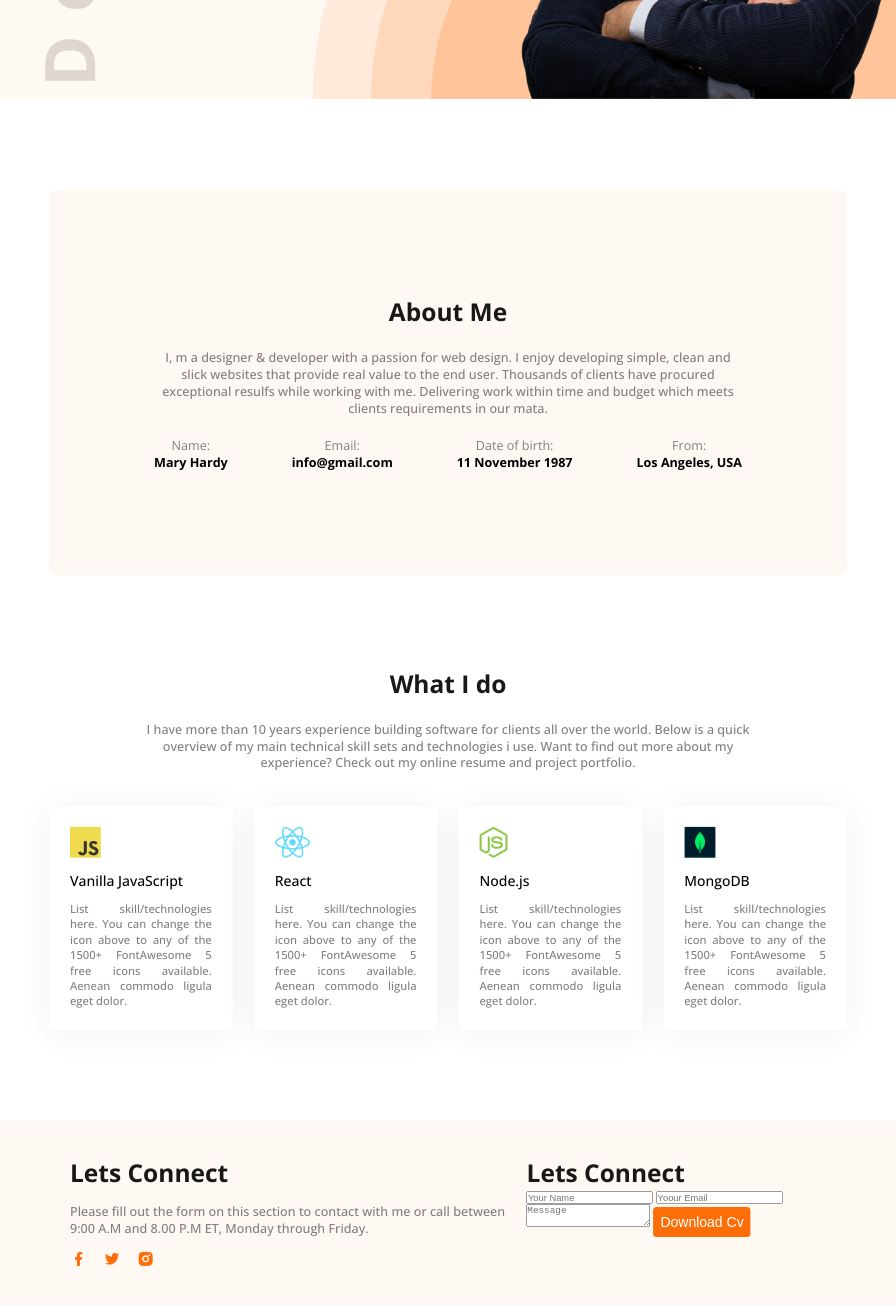
Repository: nahid-hasann/website-1
Page: index.html
An editor plug-in stored every save of this project. The page is shown before and after a run of saves, followed by the edit.
The browser window is 1280 px wide. The pictures show the part of the page from y = 675 to 2595 px (the page is 2541 px tall before and 2595 px after), at 70% of full size.

Above is the page before, as saved 2025-07-08 14:05:22.

### index.html
<!DOCTYPE html>
<html lang="en">
<head>
    <meta charset="UTF-8">
    <meta name="viewport" content="width=device-width, initial-scale=1.0">
    <title>Document</title>
    <link rel="preconnect" href="https://fonts.googleapis.com">
<link rel="preconnect" href="https://fonts.gstatic.com" crossorigin>
<link href="https://fonts.googleapis.com/css2?family=Open+Sans:ital,wght@0,300..800;1,300..800&display=swap" rel="stylesheet">
<link rel="stylesheet" href="style.css">
<link rel="stylesheet" href="https://cdnjs.cloudflare.com/ajax/libs/font-awesome/6.7.2/css/all.min.css" integrity="sha512-Evv84Mr4kqVGRNSgIGL/F/aIDqQb7xQ2vcrdIwxfjThSH8CSR7PBEakCr51Ck+w+/U6swU2Im1vVX0SVk9ABhg==" crossorigin="anonymous" referrerpolicy="no-referrer" />
</head>
<body class="open-sans-nahid">

<header class="main-header">
    <nav class="header">
          <div>
            <h3 class="nav-title">Ma<span style="color: #fd6e09;">r</span>y</h3>
          </div>
          <div class="menu">
            <ul>
            <li><a href="" class="dark-2" >Portfolio</a></li>
            <li><a  class="dark-2" href="">Blog</a></li>
            <li><button class="hire-me">Hire Me</button></li>
          </ul>
          </div>
    </nav>

    <div class="banner">

      <div class="banner-container">
        <h4 style="font-size: 45px; font-weight: 400;" class="dark-2">Hi, I  am</h4>
        <h1 style="font-size: 85px;">Mary Hardy</h1>
        <br>
        <p class="banner-description dark-2">
          Shot what able cold new see hold.Friendly as an betrayed formerly he. Morning because as to society behaved moments.
        </p>
        <br>
        <br>
        <button class="hire-me" style="margin-right: 20px;"><i class="fa-solid fa-download" style="margin-right: 5px;"></i>Download Cv</button>
        <button class="btn-2"><i class="fa-solid fa-phone" style="margin-right: 5px;"></i>Contact</button>
      </div>
      <img class="banner-img" src="images/hardy.png" alt="">

    </div>

</header>

<main >

  <section class="section">
      <h3 class="section-title">About Me</h3>
      <p style="font-size: 18px; color: grey; margin-top: 30px;">I, m a designer & developer with a passion for web design. I enjoy developing simple, clean and slick websites that provide real value to the end user. Thousands of clients have procured exceptional resulfs while working with me. Delivering work within time and budget which meets clients requirements in our mata.</p>

      <div class="about-items">

    <div class="about-item">
      <p class="item-title">Name:</p>
      <p class="item-description">Mary Hardy</p>
    </div>
    <div class="about-item">
      <p class="item-title">Email:</p>
      <p class="item-description">info@gmail.com</p>
    </div>
    <div class="about-item">
      <p class="item-title">Date of birth:</p>
      <p class="item-description">11 November 1987</p>
    </div>
    <div class="about-item">
      <p class="item-title">From:</p>
      <p class="item-description">Los Angeles, USA</p>
    </div>

  </div>

  </section>

  <section class="skiill">
            <h3 class="section-title">What I do</h3>
            <p style="font-size: 18px; color: grey; margin-top: 30px; width: 909px; margin: 0px auto; margin-top: 30px;">I have more than 10 years experience building software for clients all over the world. Below is a quick overview of my main technical skill sets and technologies i use. Want to find out more about my experience? Check out my online resume and project portfolio.</p>

         <div class="skills-container">

          <div class="skkis-veriation">
            <img src="images/icons/js.png" alt="" class="skiils-img">
            <p class="skills-heading">Vanilla JavaScript</p>
            <p class="skiils-description"> List skill/technologies here. You can change the icon above to any of the 1500+ FontAwesome 5 free icons available. Aenean commodo ligula eget dolor.</p>
          </div>
          <div class="skkis-veriation">
            <img src="images/icons/react.png" alt="" class="skiils-img">
            <p class="skills-heading">React</p>
            <p class="skiils-description">List skill/technologies here. You can change the icon above to any of the 1500+ FontAwesome 5 free icons available. Aenean commodo ligula eget dolor.</p>
          </div>
          <div class="skkis-veriation">
            <img src="images/icons/nodejs.png" alt="" class="skiils-img">
            <p class="skills-heading">Node.js</p>
            <p class="skiils-description">List skill/technologies here. You can change the icon above to any of the 1500+ FontAwesome 5 free icons available. Aenean commodo ligula eget dolor.</p>
          </div>
          <div class="skkis-veriation">
            <img src="images/icons/mongo.png" alt="" class="skiils-img">
            <p class="skills-heading">MongoDB</p>
            <p class="skiils-description">List skill/technologies here. You can change the icon above to any of the 1500+ FontAwesome 5 free icons available. Aenean commodo ligula eget dolor.</p>
          </div>

         </div>

  </section>

</main>

<!-- .about-items*4>p.item-title+p.item-description  -->


<div class="main-footer">

     <div class="footer-colums">
        <h3 class="section-title">Lets Connect</h3>
        <p style="font-size: 18px; color: grey; margin: 20px 0px;">Please fill out the form on this section to contact with me or call between 9:00 A.M and 8.00 P.M ET, Monday through Friday.</p>
        <img src="images/icons/facebook.png" alt="">
        <img style="margin: 0px 20px;" src="images/icons/twitter.png" alt="">
        <img src="images/icons/insta.png" alt="">
     </div>

     <div class="footer-colums">

        <h3 class="section-title">Lets Connect</h3>
        <form action="">
            <input type="text" name="" placeholder="Your Name" id="">
            <input type="email" name="" placeholder="Yoour Email" id="">
            <textarea name="" placeholder="Message" id=""></textarea>
            <button class="hire-me" >Download Cv</button>
        </form>

     </div>

</div>


</body>
</html>

### style.css
* {
  margin: 0;
  padding: 0;
  box-sizing: border-box;
}


.open-sans-nahid {
  font-family: "Open Sans", sans-serif;
  font-optical-sizing: auto;
  font-style: normal;
  font-variation-settings: "wdth" 100;
  font-weight: 500;
}

.main-header{
    background-image: url('images/developer.png'), url('images/header_bg.png') ;
    background-repeat: no-repeat;
    background-position: 60px  28px, bottom right ;
    background-color: #fff8f3;
}



.header{
    display: flex;
    justify-content: space-around;
    gap: 250px;
    align-items: center;
    /* background-color: red; */
    padding: 15px 0px;
}

.nav-title{
    font-weight: 800;
    font-size: 45px;
}

.menu ul{
    display: flex;
    gap: 30px;
    align-items: center;
}

.menu ul li{
    list-style: none;

}

.menu ul li a{
    text-decoration: none;
    font-size: 20px;
}

.hire-me{
    background-color: #fd6e09;
    padding: 10px;
    border-radius: 5px;
    color: white;
    border: none;
    font-size: 20px;
}

.btn-2{
    padding: 10px;
    border-radius: 5px;
    color: #fd6e09;
    border: 1px solid  #fd6e09;
    font-size: 20px;
    background-color: #fff8f3;
}

.dark-2{
    color: #474747;
}

.banner-container{
    width: 585px;
}

.banner-description{
    font-size: 18px;
}

.banner-img{
    width: 584px;
    height: 676px;
}

.banner{
    display: flex;
    align-items: center;
    justify-content: space-around;
    margin: 50px 0px 0px 170px;

}

.section{
    background-color: #fff8f3;
    padding: 150px;
    text-align: center;
    border-radius: 10px;
    margin: 130px 0px;
}

.section-title{
    font-size: 35px;
    font-weight: bold;
    color: #181818;
}

main{
    max-width: 1140px;
     margin: 0px auto;
}

.about-items{
    display: flex;
    justify-content: space-between;
}

.item-title{
    font-size: 18px;
    font-weight: 300;
    color: grey;
    margin-top: 30px;
}

.item-description{
    font-size: 18px ;
    font-weight: 700;
}

.skiill{
    text-align: center;
    margin-bottom: 130px;
}

.skills-container{
    display: flex;
    margin-top: 30px;
    gap: 30px;
    text-align: justify;
}

.skkis-veriation{
    background-color: #FFFFFF;
    box-shadow: 0px 6px 50px 0px rgba(0, 0, 0, 0.06);
padding: 30px;
border-radius: 5px;
margin-top: 20px;
}

.skills-heading{
    margin: 15px 0px;
    font-size: 20px ;
    font-weight: 700px;
}

.skiils-description{
     font-size: 16px;
     color: grey;
}

.resume{
    margin-bottom: 130px;
}

.resume-container{
    display: flex;
    gap: 40px;
    margin-top: 50px;
}

.resume h3{
    margin-bottom: 100px;
}

.resume-column h3{
    font-size: 30px ;
    font-weight: 700;
    margin-bottom: 20px;
}

.resume-column-title{
    font-size: 30px;
    font-weight: 700;
}

.experience{
    padding-right: 50px;
}

.experience-title{
        font-size: 25px;
    font-weight: 700;
    margin-bottom: 5px;
}

.experience-subtitle{
    font-size: 20px;
    font-weight: 600;

    color: rgba(117, 117, 117, 1);
}

.experince-description{
    margin-top: 20px;
    margin-bottom: 20px;
    font-size: 16px;
    color: rgba(117, 117, 117, 1);
}


.main-footer{
    margin-top: 130px;
    background-color: rgba(255, 248, 243, 1);
    padding: 50px 100px;
    display: flex;
    justify-content: space-around;
}

.footer-column{
    max-width: 40%;
}

After the next 3 saves:
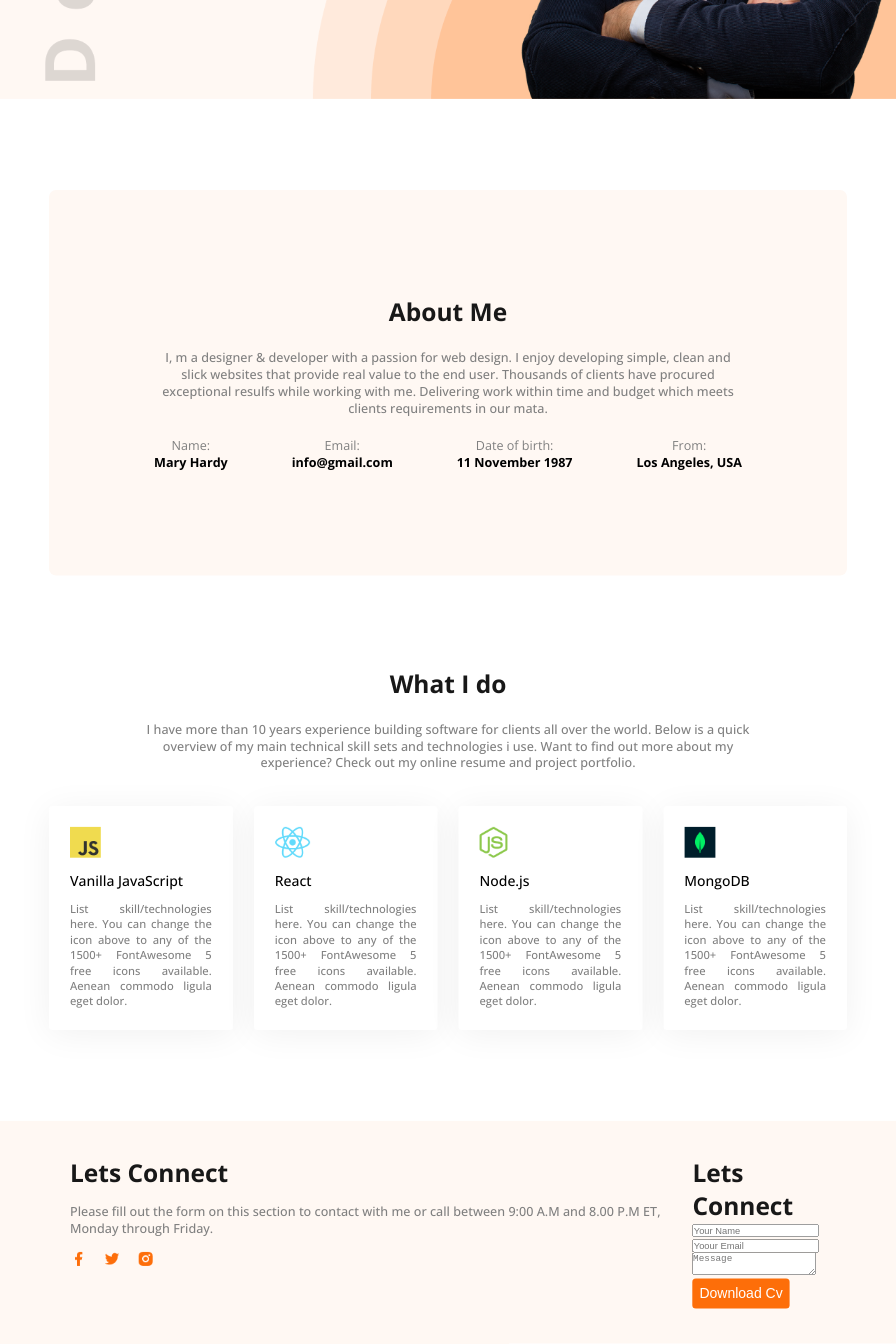
The 3 saves are shown as one change because they came seconds apart.
The last was saved 12 s later.
--- a/index.html
+++ b/index.html
@@ -125,9 +125,9 @@
 
         <h3 class="section-title">Lets Connect</h3>
         <form action="">
-            <input type="text" name="" placeholder="Your Name" id="">
-            <input type="email" name="" placeholder="Yoour Email" id="">
-            <textarea name="" placeholder="Message" id=""></textarea>
+            <input type="text" name="" placeholder="Your Name" id=""> <br>
+            <input type="email" name="" placeholder="Yoour Email" id=""> <br>
+            <textarea name="" placeholder="Message" id=""></textarea> <br>
             <button class="hire-me" >Download Cv</button>
         </form>
 
